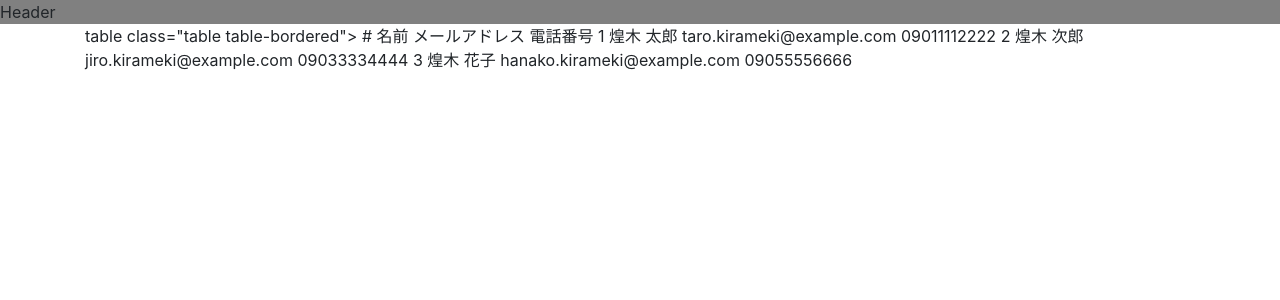
Repository: Eri-Naka/test
Page: boot/WebContent/index.html
The author's editor kept a copy of each file at every save. The page is drawn from the files as they stood at one save, then again after the next save.
The browser window is 1280 px wide. The pictures show the whole page.

Above is the page before, as saved 2018-06-25 05:24:56.

After the next save:
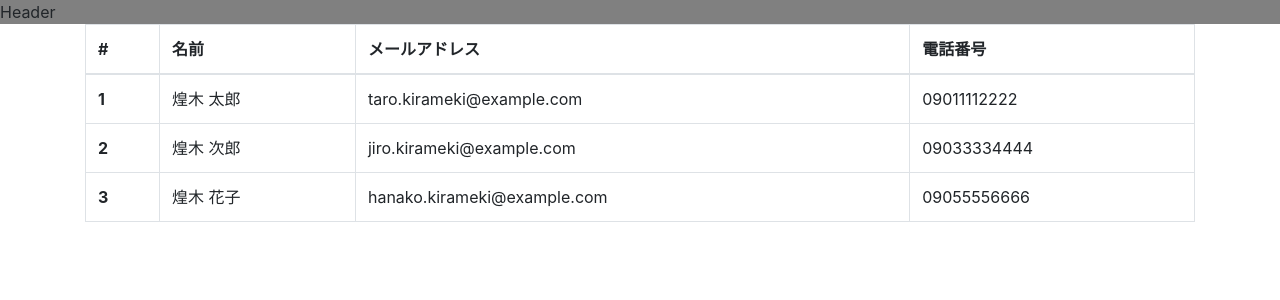
Saved 20 s later.
--- a/boot/WebContent/index.html
+++ b/boot/WebContent/index.html
@@ -25,7 +25,7 @@ text-align: center;
   <header style="background-color:gray">Header</header>
 <div class="container-fluid">
   <div class="container">
-  table class="table table-bordered">
+  <table class="table table-bordered">
     <thead>
       <tr>
         <th>#</th>
